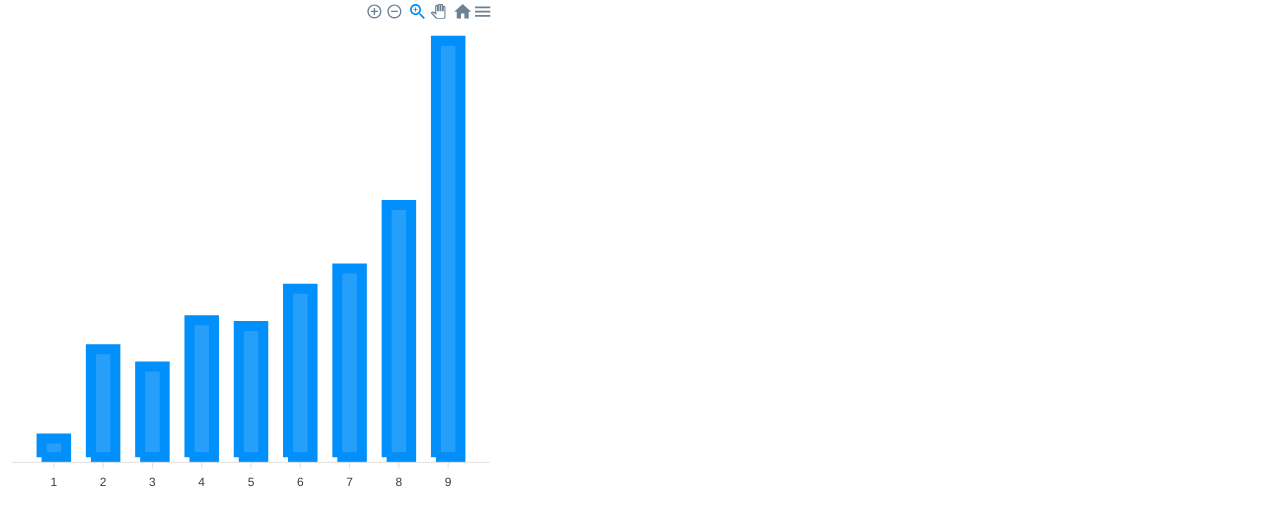
Repository: wanted-pre-onboarding-internship-1team/pre-onboarding-9th-3-1
Page: /
The author's editor kept a copy of each file at every save. The page is drawn from the files as they stood at one save, then again after the next save.
The browser window is 1280 px wide. The pictures show the whole page.
The project was rebuilt for these pictures with package versions that can differ from the ones it lists, and the page was loaded fresh each time.

Above is the page before, as saved 2023-03-14 16:48:03.

After the next save:
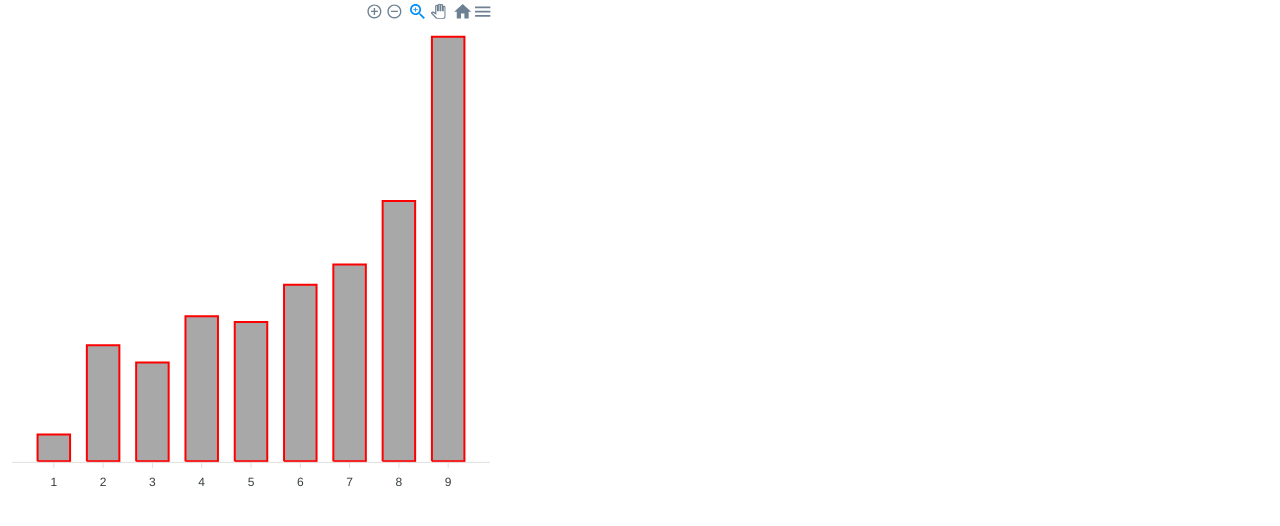
Saved 8 s later.
--- a/src/pages/Mainpage.tsx
+++ b/src/pages/Mainpage.tsx
@@ -22,11 +22,12 @@ export default function Mainpage() {
           grid: { show: false },
           stroke: {
             curve: 'smooth',
-            width: 10,
+            width: 2,
           },
           yaxis: {
             show: false,
           },
+          colors: ['red'],
         }}
       />
     </div>
